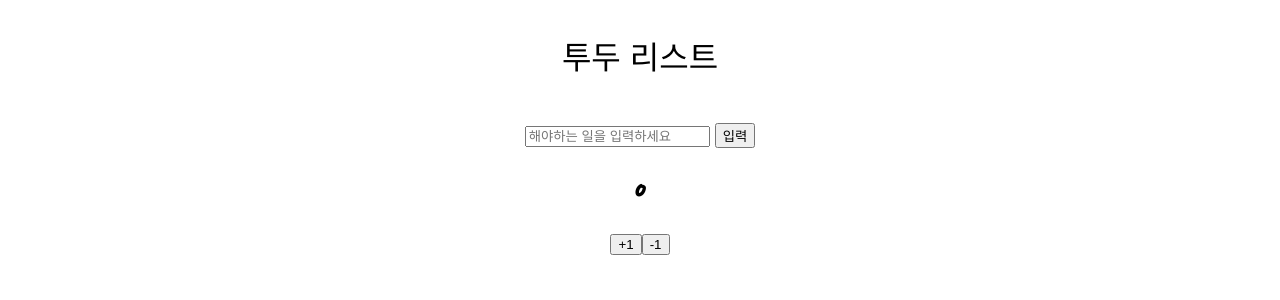
Repository: jun01270/Todo-List_React
Page: /
The author's editor kept a copy of each file at every save. The page is drawn from the files as they stood at one save, then again after the next save.
The browser window is 1280 px wide. The pictures show the whole page.
The project was rebuilt for these pictures with package versions that can differ from the ones it lists, and the page was loaded fresh each time.

Above is the page before, as saved 2023-01-02 13:07:56.

### public/index.html
<!DOCTYPE html>
<html lang="en">
  <head>
    <meta charset="utf-8" />
    <link rel="preconnect" href="https://fonts.googleapis.com" />
    <link rel="preconnect" href="https://fonts.gstatic.com" crossorigin />
    <link
      href="https://fonts.googleapis.com/css2?family=Nanum+Pen+Script&display=swap"
      rel="stylesheet"
    />
    <meta name="viewport" content="width=device-width, initial-scale=1" />
    <meta name="theme-color" content="#000000" />
    <meta
      name="description"
      content="Web site created using create-react-app"
    />
    <link rel="apple-touch-icon" href="%PUBLIC_URL%/logo192.png" />
    <!--
      manifest.json provides metadata used when your web app is installed on a
      user's mobile device or desktop. See https://developers.google.com/web/fundamentals/web-app-manifest/
    -->
    <link rel="manifest" href="%PUBLIC_URL%/manifest.json" />
    <!--
      Notice the use of %PUBLIC_URL% in the tags above.
      It will be replaced with the URL of the `public` folder during the build.
      Only files inside the `public` folder can be referenced from the HTML.

      Unlike "/favicon.ico" or "favicon.ico", "%PUBLIC_URL%/favicon.ico" will
      work correctly both with client-side routing and a non-root public URL.
      Learn how to configure a non-root public URL by running `npm run build`.
    -->
    <title>React App</title>
  </head>
  <body>
    <noscript>You need to enable JavaScript to run this app.</noscript>
    <div id="root"></div>
    <!--
      This HTML file is a template.
      If you open it directly in the browser, you will see an empty page.

      You can add webfonts, meta tags, or analytics to this file.
      The build step will place the bundled scripts into the <body> tag.

      To begin the development, run `npm start` or `yarn start`.
      To create a production bundle, use `npm run build` or `yarn build`.
    -->
  </body>
</html>

### src/App.js
import "./App.css";
import Counter from "./counter";

function App() {
  return (
    <div className="todo">
      <div className="todo-all">
        <p className="todo-title">투두 리스트</p>
        <div className="todo-list">
          <form className="todo-Form">
            <input type="text" placeholder="해야하는 일을 입력하세요"></input>
            <input type="submit" value="입력" className="sub"></input>
          </form>
        </div>
      </div>
      <Counter />
    </div>
  );
}

export default App;

### src/App.css
.todo {
  text-align: center;
  font-family: "Nanum Pen Script", cursive;
}

.todo-all {
  font-size: xx-large;
}

.todo-list {
}

.todo-title {
  font-family: "Nanum Pen Script", cursive;
}

.todo-Form {
}

.sub {
  margin-left: 5px;
}

### src/counter.js
/* eslint-disable */

import React, { useState } from "react";

function Counter() {
  let [num, numPlus] = useState(0);

  let increase = () => {
    console.log("+1");
    numPlus(num + 1);
  };
  const decrease = () => {
    console.log("-1");
  };

  return (
    <div>
      <h1>0</h1>
      <button onClick={increase}>+1</button>
      <button onClick={decrease}>-1</button>
    </div>
  );
}

export default Counter;

Loaded but not shown: src/index.js (common file); src/index.css (common file); src/reportWebVitals.js (common file)

After the next save:
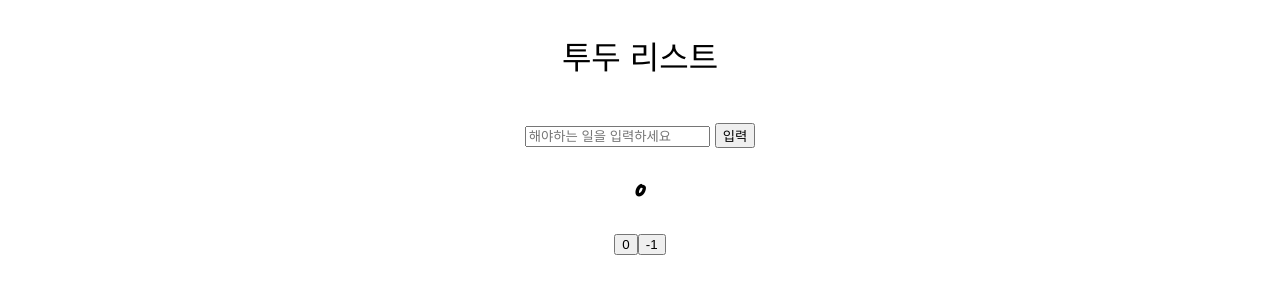
Saved 9 s later.
--- a/src/counter.js
+++ b/src/counter.js
@@ -16,7 +16,7 @@
   return (
     <div>
       <h1>0</h1>
-      <button onClick={increase}>+1</button>
+      <button onClick={increase}>{num}</button>
       <button onClick={decrease}>-1</button>
     </div>
   );

After the 2 saves that followed:
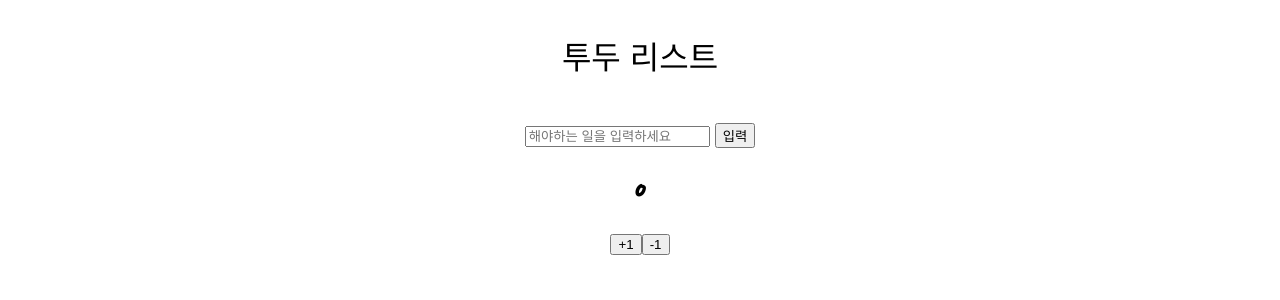
The 2 saves are shown as one change because 1 left the picture as it was.
The last was saved 23 s later.
--- a/src/counter.js
+++ b/src/counter.js
@@ -15,8 +15,8 @@
 
   return (
     <div>
-      <h1>0</h1>
-      <button onClick={increase}>{num}</button>
+      <h1>{num}</h1>
+      <button onClick={increase}>+1</button>
       <button onClick={decrease}>-1</button>
     </div>
   );
